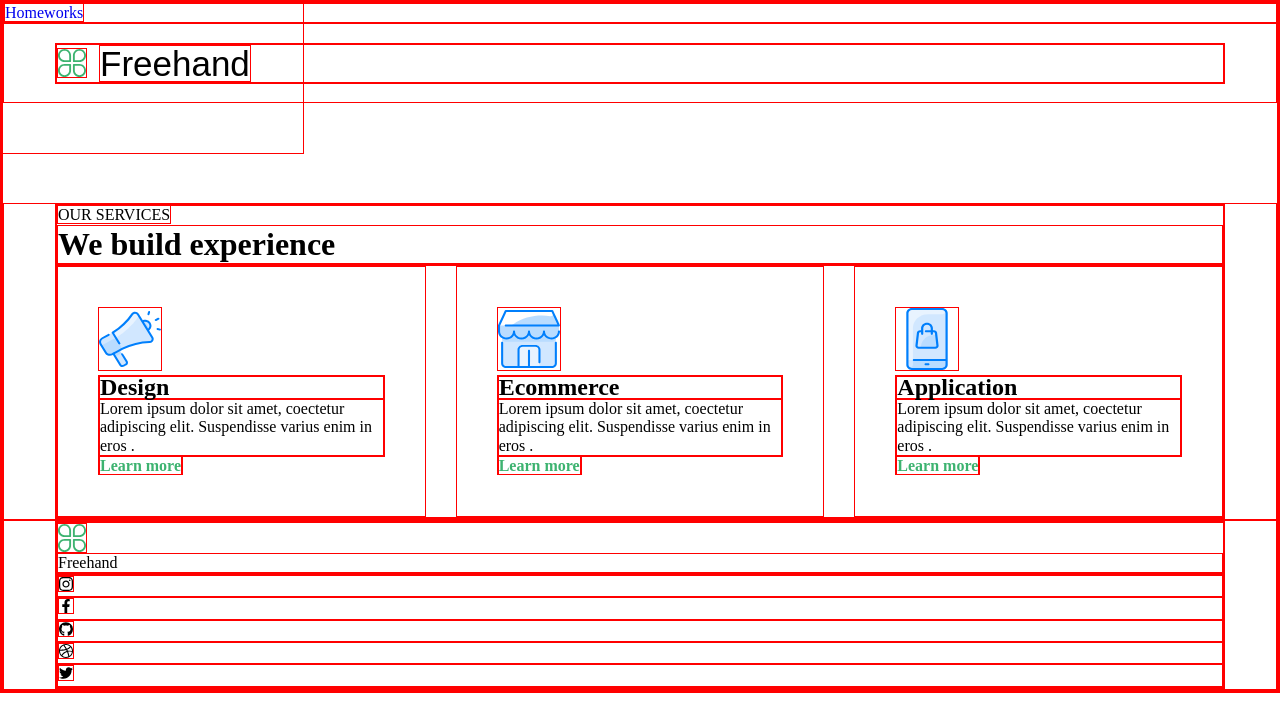
Repository: Tsiniavska/beetroot-test-project
Page: Homeworks/svg/index.html
An editor plug-in stored every save of this project. The page is shown before and after the next save, followed by the edit.
The browser window is 1280 px wide. The pictures show the whole page.
Some web fonts or font styles are not loaded; a fallback is used.

Above is the page before, as saved 2024-02-28 22:31:06.

After the next save:
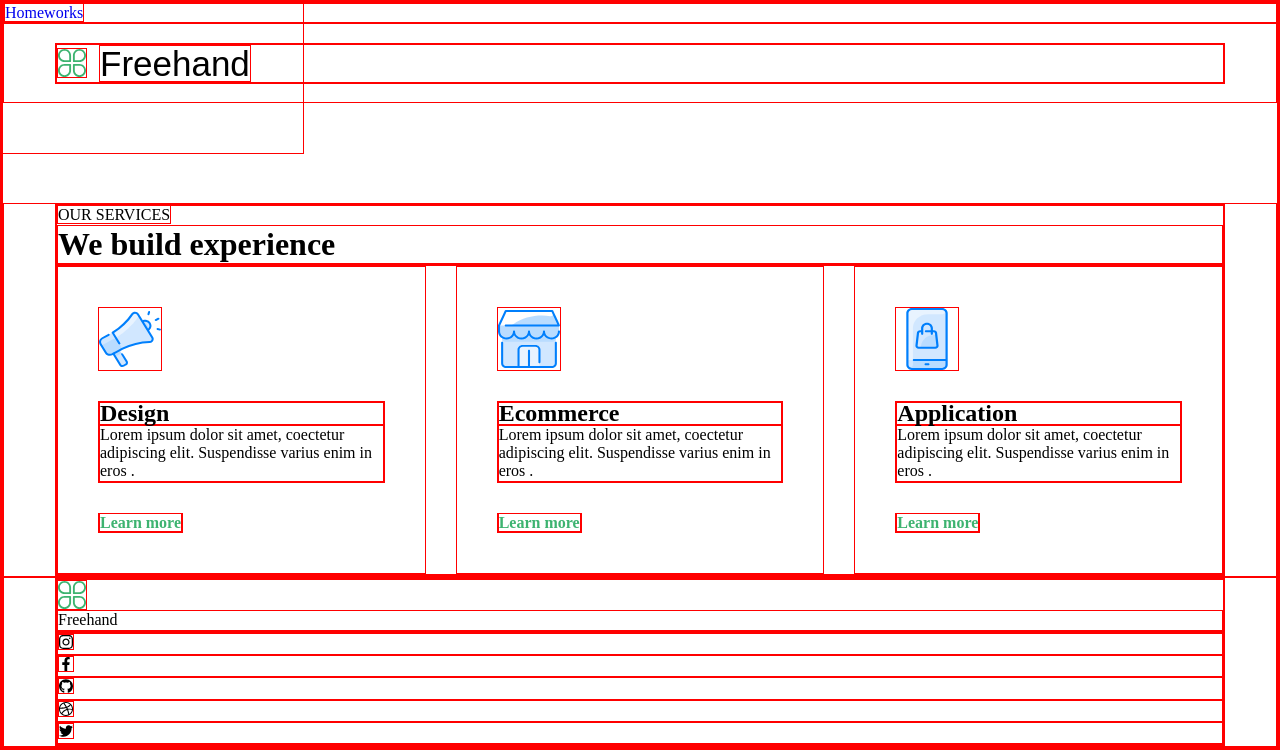
Saved 2 min 10 s later.
--- a/Homeworks/svg/index.css
+++ b/Homeworks/svg/index.css
@@ -46,6 +46,10 @@
 
 .content-blocks-item {
   padding: 40px;
+  display: flex;
+  flex-direction: row;
+  flex-wrap: wrap;
+  gap: 30px;
 }
 
 .icon-content {
